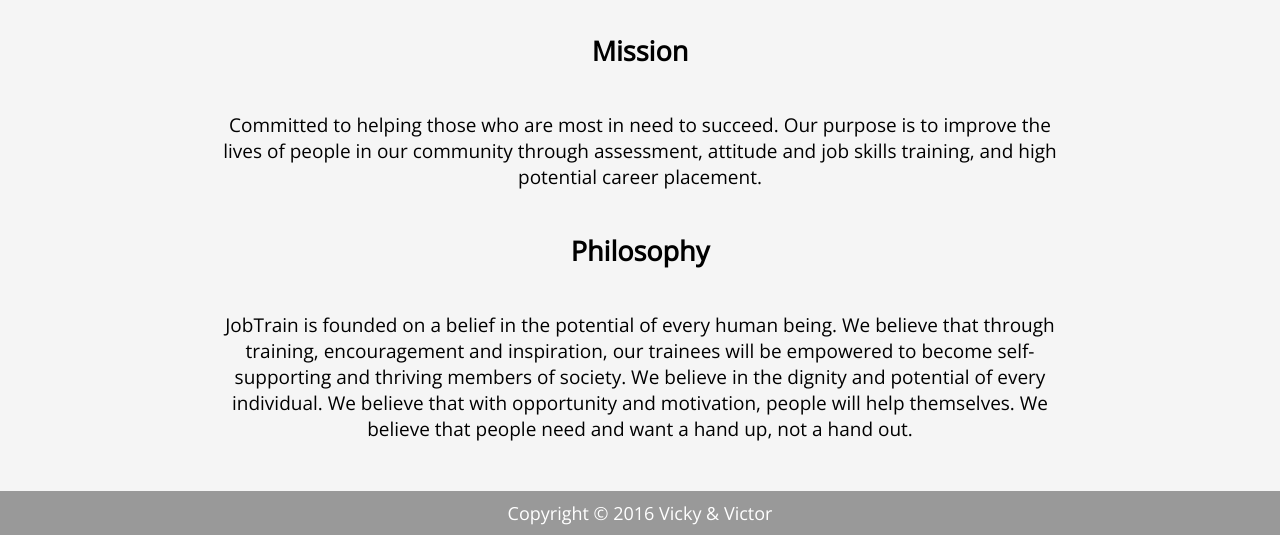
Repository: victorwltsang/jobtrainWork
Page: wireframe/index.html
The author's editor kept a record of every edit. The page is drawn from the files as they stood at one moment, then again after the next edit.
The browser window is 1280 px wide. The pictures show the part of the page from y = 810 to 1345 px (the page is 1345 px tall).

Above is the page before.

After the next edit:
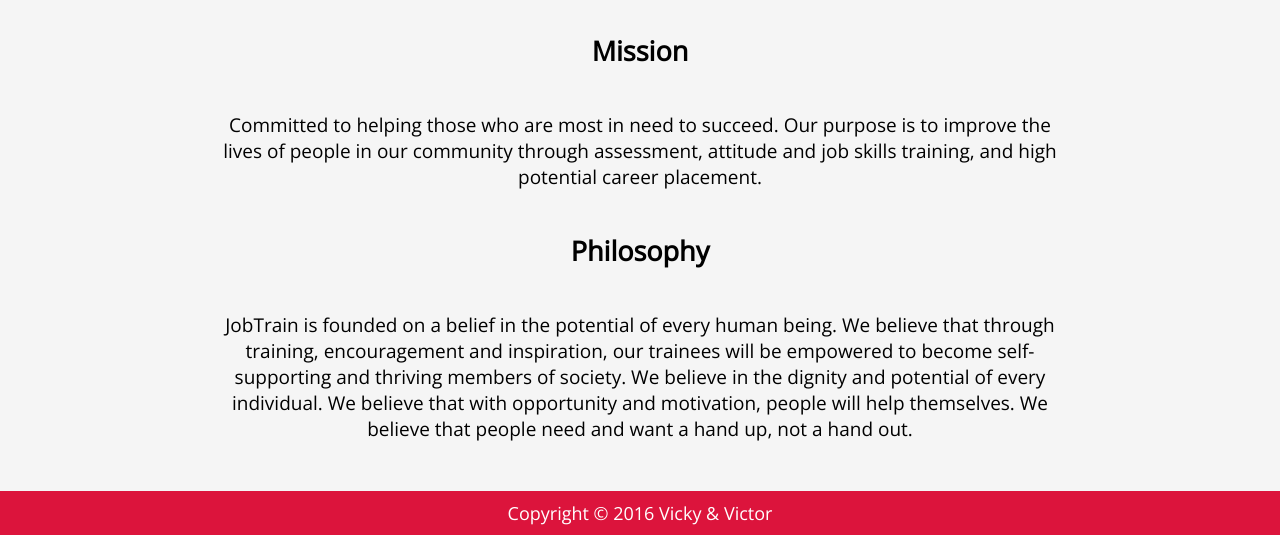
The edit:
--- a/wireframe/index.html
+++ b/wireframe/index.html
@@ -48,7 +48,7 @@
         </div>
     </div>
    </div>
-    <footer>
+    <footer class="side-red">
         Copyright &copy; 2016 Vicky & Victor
     </footer>
 </body>
